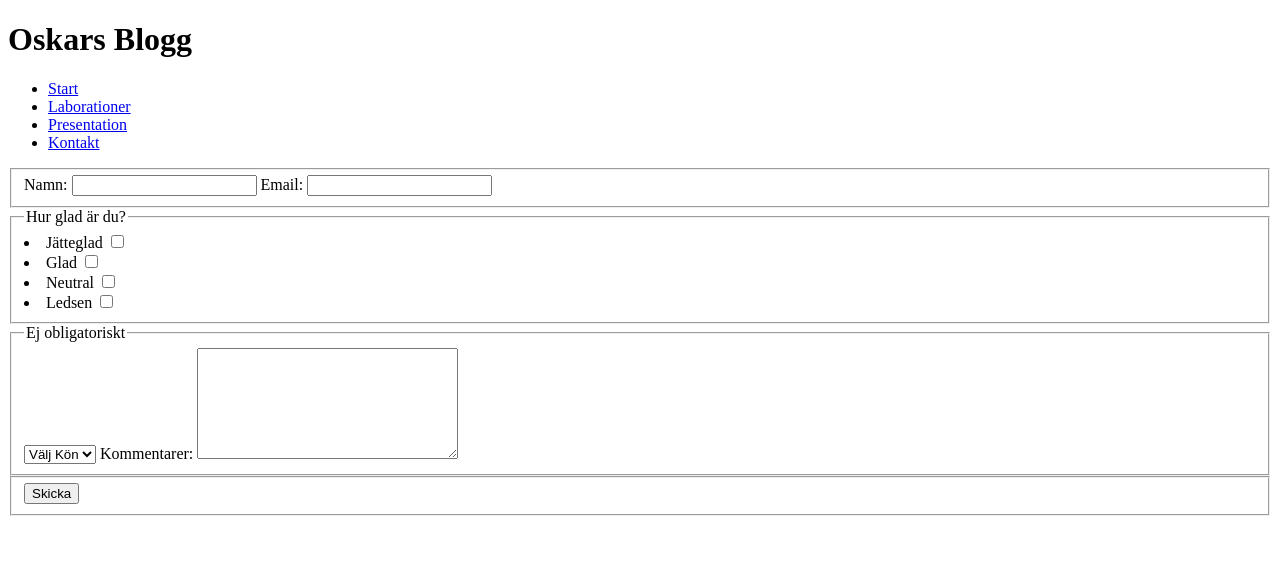
Repository: oe222bu/1ik415-laborationer
Page: Pages/kontakt.html
The author's editor kept a record of every edit. The page is drawn from the files as they stood at one moment, then again after the next edit.
The browser window is 1280 px wide. The pictures show the whole page.

Above is the page before.

### Pages/kontakt.html
<!DOCTYPE HTML>
<html>


<html lang="sv">
<head>
<meta charset="utf-8" />
<title>Webbteknisk labb</title>
</head>
<body>

<h1>Oskars Blogg</h1>
<ul>
<li><a href="../Pics/index.html">Start</a></li>
<li><a href="laborationer.html">Laborationer</a></li>
<li><a href="Presentation.html">Presentation</a></li>
<li><a href="kontakt.html">Kontakt</a></li>
        </ul>


       <form action="http://voyager.lnu.se/tekinet/kurser/dtt/wp_webbintro/form.php" method="POST">
<fieldset>Namn: <input type="text" name="name" id="name" value="" />
          Email: <input type="text" name="email" id="email" value="" /> </fieldset>


         <fieldset>
        <legend>Hur glad är du?</legend>
          <li><label for="Jätteglad">Jätteglad</label> <input type="checkbox" name="Jätteglad" id="Jätteglad" value="Jätteglad"></li>
<li><label for="Glad">Glad</label> <input type="checkbox" name="Glad" id="Glad" value="Glad"></li>
          <li><label for="Neutral">Neutral</label> <input type="checkbox" name="Neutral" id="Neutral" value="Neutral"></li>
<li><label for="Ledsen">Ledsen</label> <input type="checkbox" name="Ledsen" id="Ledsen" value="Ledsen"></li>
</ul></fieldset>
<fieldset>
            <legend>Ej obligatoriskt</legend>
          <label for="Kön"></label>
          <select name="Kön" id="Kön">
          <option value="Kön">Välj Kön</option>
          <option value="Man">Man</option>
          <option value="Kvinna">Kvinna</option>
          </select>
          Kommentarer: <textarea name="comments" id="comments" cols="30" rows="7"></textarea>


           </fieldset>
           <fieldset>

           <input type="submit" value="Skicka"/>
           </fieldset>

       </form>







</body>
</html>

After the next edit:
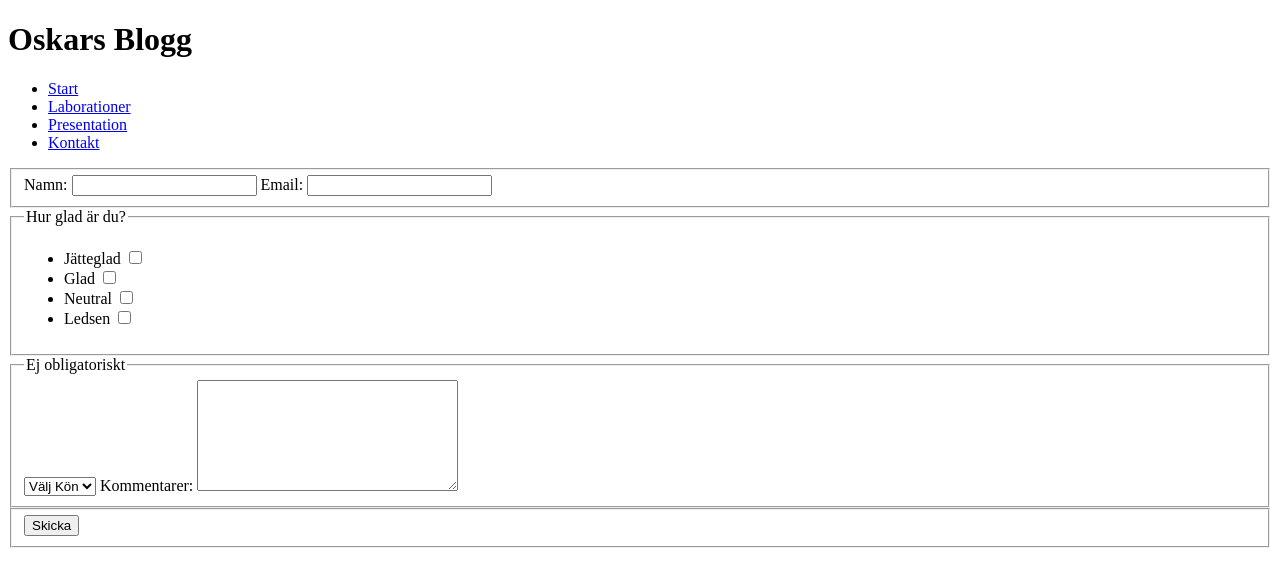
The edit:
--- a/Pages/kontakt.html
+++ b/Pages/kontakt.html
@@ -24,7 +24,7 @@
 
 
          <fieldset>
-        <legend>Hur glad är du?</legend>
+        <legend>Hur glad är du?</legend><ul>
           <li><label for="Jätteglad">Jätteglad</label> <input type="checkbox" name="Jätteglad" id="Jätteglad" value="Jätteglad"></li>
 <li><label for="Glad">Glad</label> <input type="checkbox" name="Glad" id="Glad" value="Glad"></li>
           <li><label for="Neutral">Neutral</label> <input type="checkbox" name="Neutral" id="Neutral" value="Neutral"></li>
